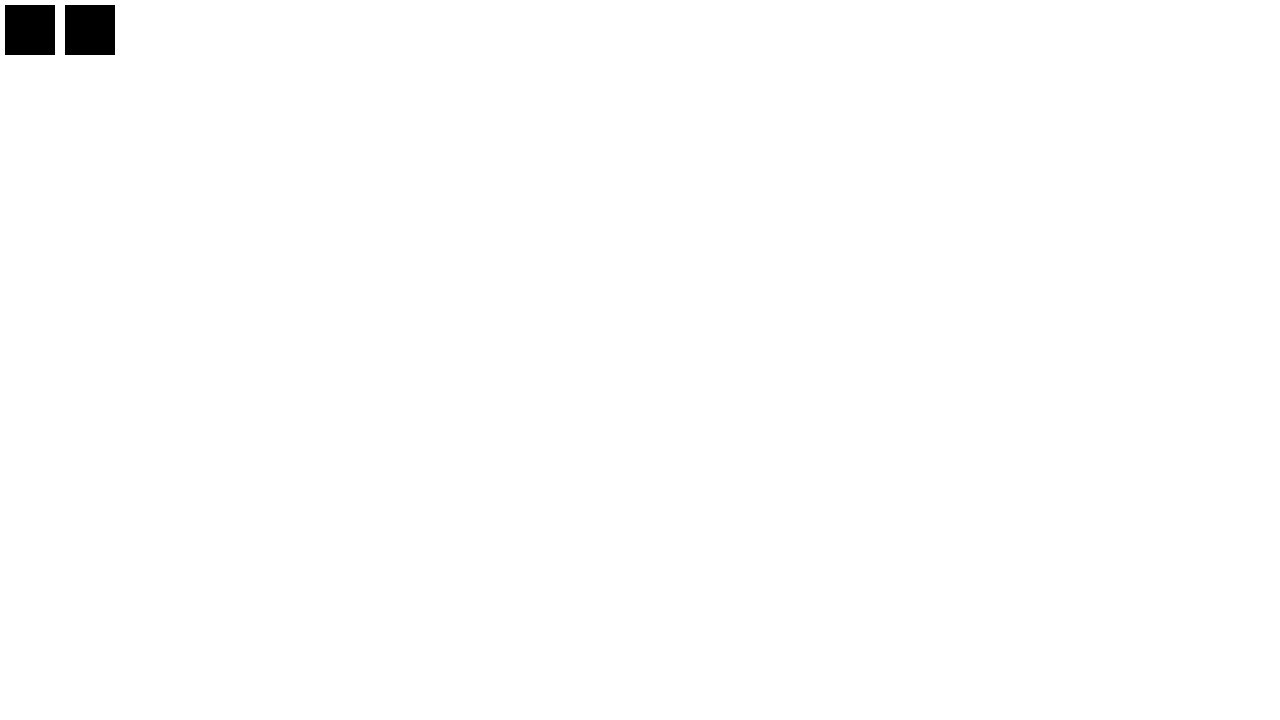
Repository: sokafootball/etch-a-sketc
Page: index.html
The author's editor kept a copy of each file at every save. The page is drawn from the files as they stood at one save, then again after the next save.
The browser window is 1280 px wide. The pictures show the whole page.

Above is the page before, as saved 2020-04-16 19:28:20.
Console error (its wording comes from the project's code and is left out).

### index.html
<html>
<head>
  <link rel="stylesheet" type="text/css" href="reset.css">
  <link rel="stylesheet" type="text/css" href="style.css">
</head>
<body>
<div id="grid-div">
  <div class="cell"></div><div class="cell"></div>
</div>
<script type="text/javascript" src="script.js"></script>
</body>
</html>

### style.css
.cell {
  height: 50px;
  display: inline-block;
  background-color: black;
  width: 50px;
  margin: 5px;
}

### script.js
const grid = document.querySelector(`#grid-div`)
for(let i = 1; i <= 16; i++){
  for(let j = 1; j <= 16; j++){
    const cell = document.createElement(`div`)
    cell.classList.add(`cell`)
    grid.appendChild(grid, cell)
  }

}

Loaded but not shown: reset.css (common file)

After the next save:
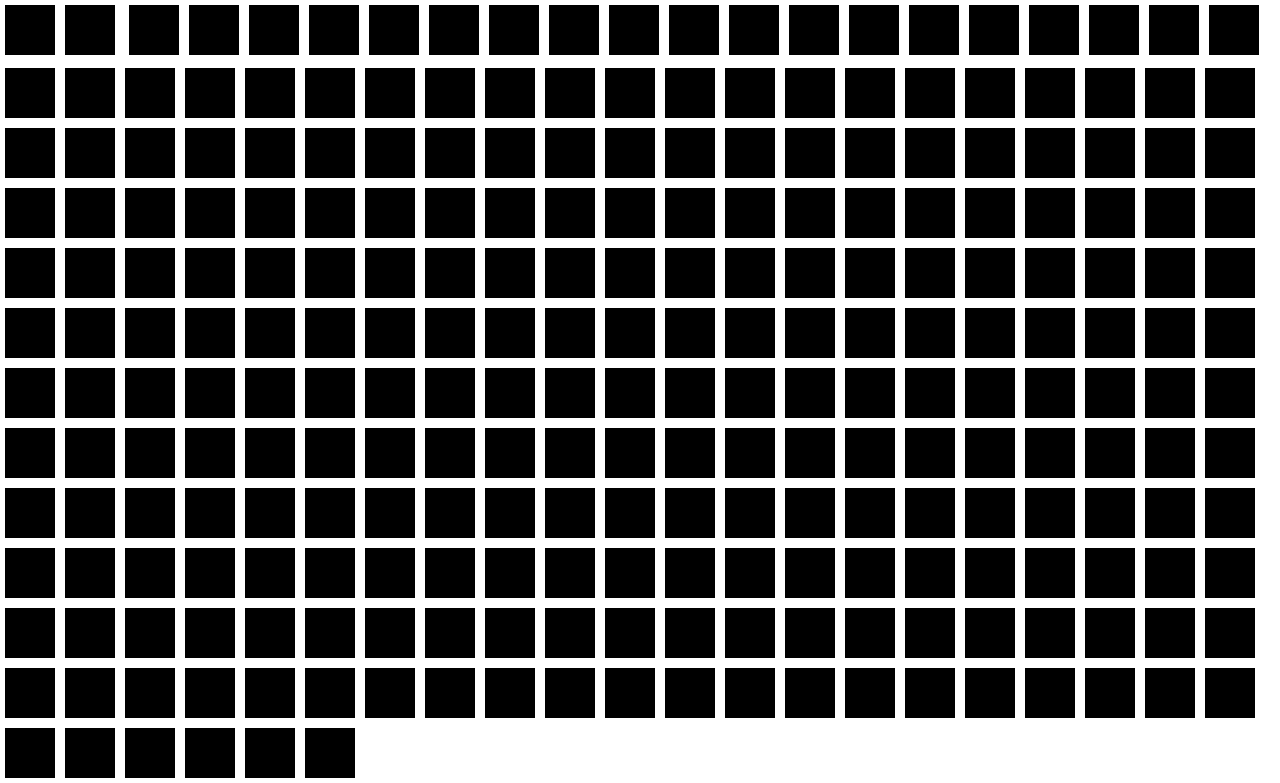
The error is gone.
Saved 11 s later.
--- a/script.js
+++ b/script.js
@@ -3,7 +3,7 @@ for(let i = 1; i <= 16; i++){
   for(let j = 1; j <= 16; j++){
     const cell = document.createElement(`div`)
     cell.classList.add(`cell`)
-    grid.appendChild(grid, cell)
+    grid.appendChild( cell)
   }
 
 }
